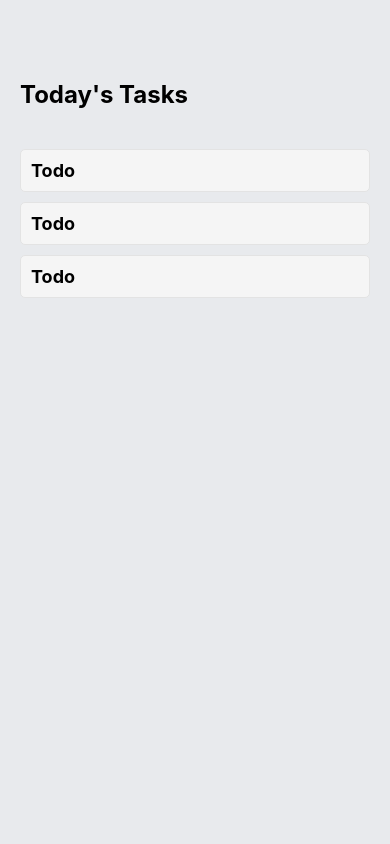
Repository: lomelo-x/ToDo-App
Screen: /
These files come from the project's save history. The screen is drawn as it stood at one moment and after the next save; the edit follows.
The app was drawn by React Native's web renderer in a window 390 px wide. The project was rebuilt for these pictures with package versions that can differ from the ones it lists, and the page was loaded fresh each time.

Above is the screen before, as saved 2022-06-17 19:35:03.

After the next save:
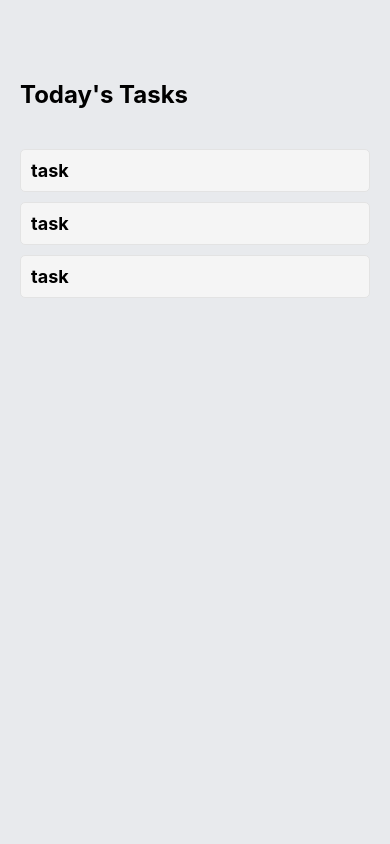
Saved 1 s later.
--- a/components/Todo.js
+++ b/components/Todo.js
@@ -3,14 +3,14 @@ import { View, Text, StyleSheet } from 'react-native';
 
 const Task = () => {
 	return (
-		<View style={styles.todo}>
-			<Text style={styles.todoText}>Todo</Text>
+		<View style={styles.task}>
+			<Text style={styles.taskText}>task</Text>
 		</View>
 	);
 };
 
 const styles = StyleSheet.create({
-	todo: {
+	task: {
 		backgroundColor: '#f5f5f5',
 		padding: 10,
 		marginBottom: 10,
@@ -18,7 +18,7 @@ const styles = StyleSheet.create({
 		borderWidth: 1,
 		borderColor: '#e3e3e3',
 	},
-	todoText: {
+	taskText: {
 		fontSize: 18,
 		fontWeight: 'bold',
 	},
